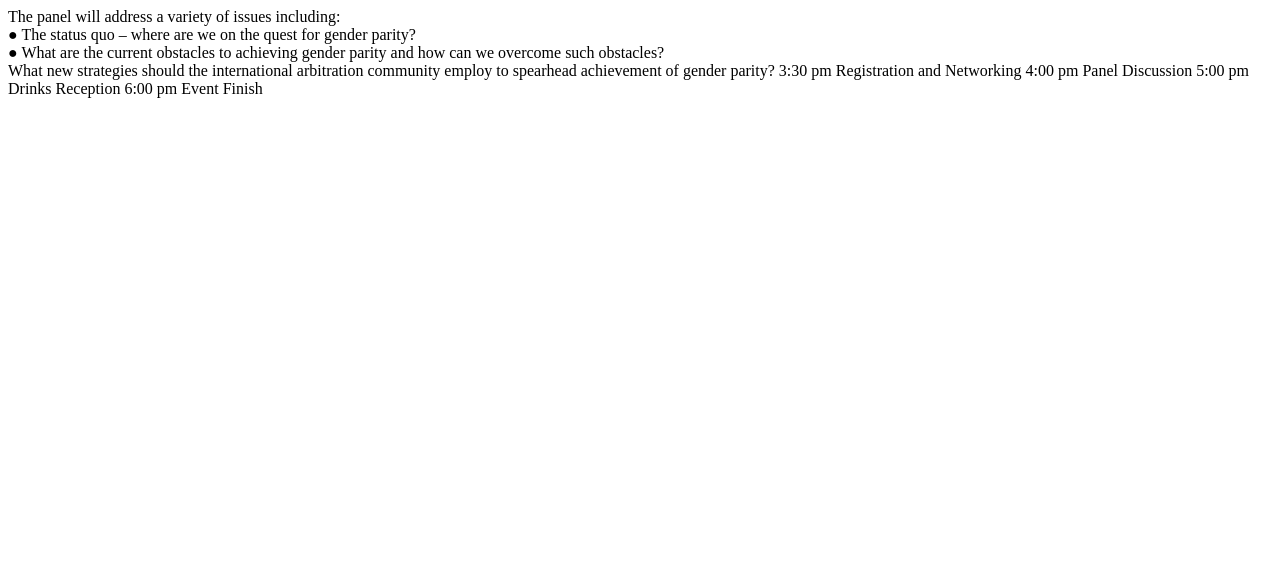
Repository: shifanafin/store-ap
Page: starter/Untitled-1.html
An editor plug-in stored every save of this project. The page is shown before and after the next save, followed by the edit.
The browser window is 1280 px wide. The pictures show the whole page.

Above is the page before, as saved 2023-09-28 18:22:29.

### starter/Untitled-1.html
The panel will address a variety of issues including:
<br>
●	The status quo – where are we on the quest for gender parity?
<br>
●	What are the current obstacles to achieving gender parity and how can we overcome such obstacles?
<br>
What new strategies should the international arbitration community employ to spearhead achievement of gender parity?
3:30 pm 	Registration and Networking
4:00 pm	Panel Discussion
5:00 pm     	Drinks Reception
6:00 pm	Event Finish

After the next save:
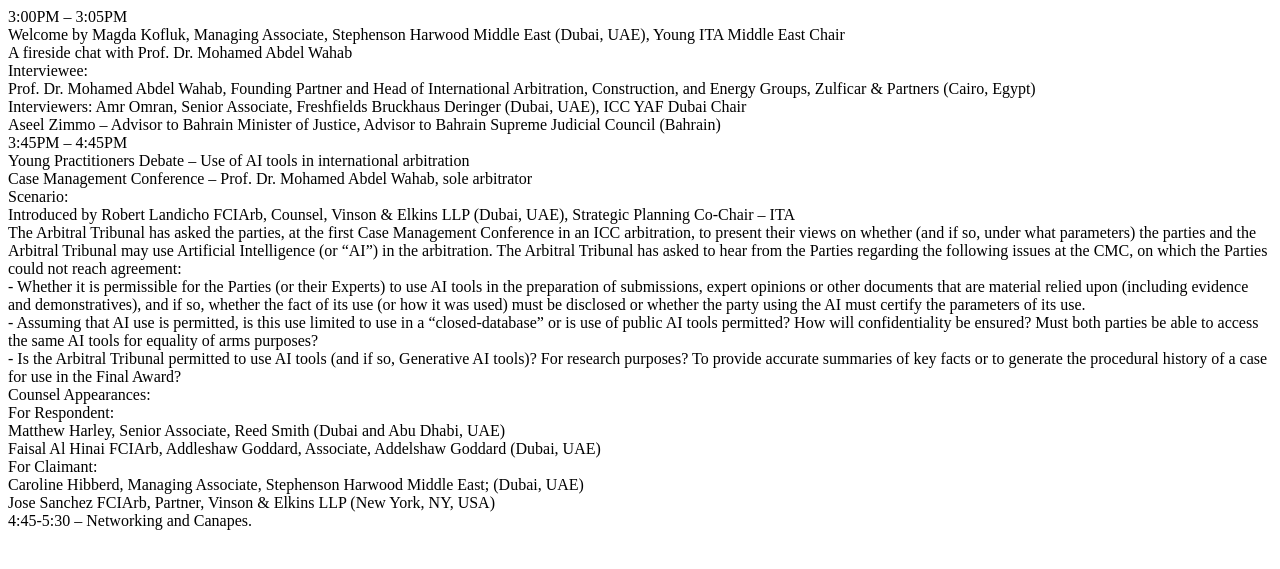
Saved 4 min 38 s later.
--- a/starter/Untitled-1.html
+++ b/starter/Untitled-1.html
@@ -1,11 +1,52 @@
-The panel will address a variety of issues including:
+3:00PM – 3:05PM
 <br>
-●	The status quo – where are we on the quest for gender parity?
+Welcome by Magda Kofluk, Managing Associate, Stephenson Harwood Middle East (Dubai, UAE), Young ITA Middle East Chair
 <br>
-●	What are the current obstacles to achieving gender parity and how can we overcome such obstacles?
+A fireside chat with Prof. Dr. Mohamed Abdel Wahab
 <br>
-What new strategies should the international arbitration community employ to spearhead achievement of gender parity?
-3:30 pm 	Registration and Networking
-4:00 pm	Panel Discussion
-5:00 pm     	Drinks Reception
-6:00 pm	Event Finish
+Interviewee:
+<br>
+Prof. Dr. Mohamed Abdel Wahab, Founding Partner and Head of International Arbitration, Construction, and Energy Groups, Zulficar & Partners (Cairo, Egypt)
+<br>
+Interviewers:
+Amr Omran, Senior Associate, Freshfields Bruckhaus Deringer (Dubai, UAE), ICC YAF Dubai Chair
+<br>
+Aseel Zimmo – Advisor to Bahrain Minister of Justice, Advisor to Bahrain Supreme Judicial Council (Bahrain)
+<br>
+3:45PM – 4:45PM
+<br>
+Young Practitioners Debate – Use of AI tools in international arbitration
+<br>
+Case Management Conference – Prof. Dr. Mohamed Abdel Wahab, sole arbitrator
+<br>
+
+Scenario:
+<br>
+Introduced by Robert Landicho FCIArb, Counsel, Vinson & Elkins LLP (Dubai, UAE), Strategic Planning Co-Chair – ITA
+<br>
+
+The Arbitral Tribunal has asked the parties, at the first Case Management Conference in an ICC arbitration, to present their views on whether (and if so, under what parameters) the parties and the Arbitral Tribunal may use Artificial Intelligence (or “AI”) in the arbitration. The Arbitral Tribunal has asked to hear from the Parties regarding the following issues at the CMC, on which the Parties could not reach agreement:
+<br>
+- Whether it is permissible for the Parties (or their Experts) to use AI tools in the preparation of submissions, expert opinions or other documents that are material relied upon (including evidence and demonstratives), and if so, whether the fact of its use (or how it was used) must be disclosed or whether the party using the AI must certify the parameters of its use.
+<br>
+- Assuming that AI use is permitted, is this use limited to use in a “closed-database” or is use of public AI tools permitted? How will confidentiality be ensured? Must both parties be able to access the same AI tools for equality of arms purposes?
+<br>
+- Is the Arbitral Tribunal permitted to use AI tools (and if so, Generative AI tools)? For research purposes? To provide accurate summaries of key facts or to generate the procedural history of a case for use in the Final Award?
+<br>
+Counsel Appearances:
+<br>
+For Respondent:
+<br>
+Matthew Harley, Senior Associate, Reed Smith (Dubai and Abu Dhabi, UAE)
+<br>
+Faisal Al Hinai FCIArb, Addleshaw Goddard, Associate, Addelshaw Goddard (Dubai, UAE)
+<br>
+
+For Claimant:
+<br>
+Caroline Hibberd, Managing Associate, Stephenson Harwood Middle East; (Dubai, UAE)
+<br>
+Jose Sanchez FCIArb, Partner, Vinson & Elkins LLP (New York, NY, USA)
+<br>
+
+4:45-5:30 – Networking and Canapes.
